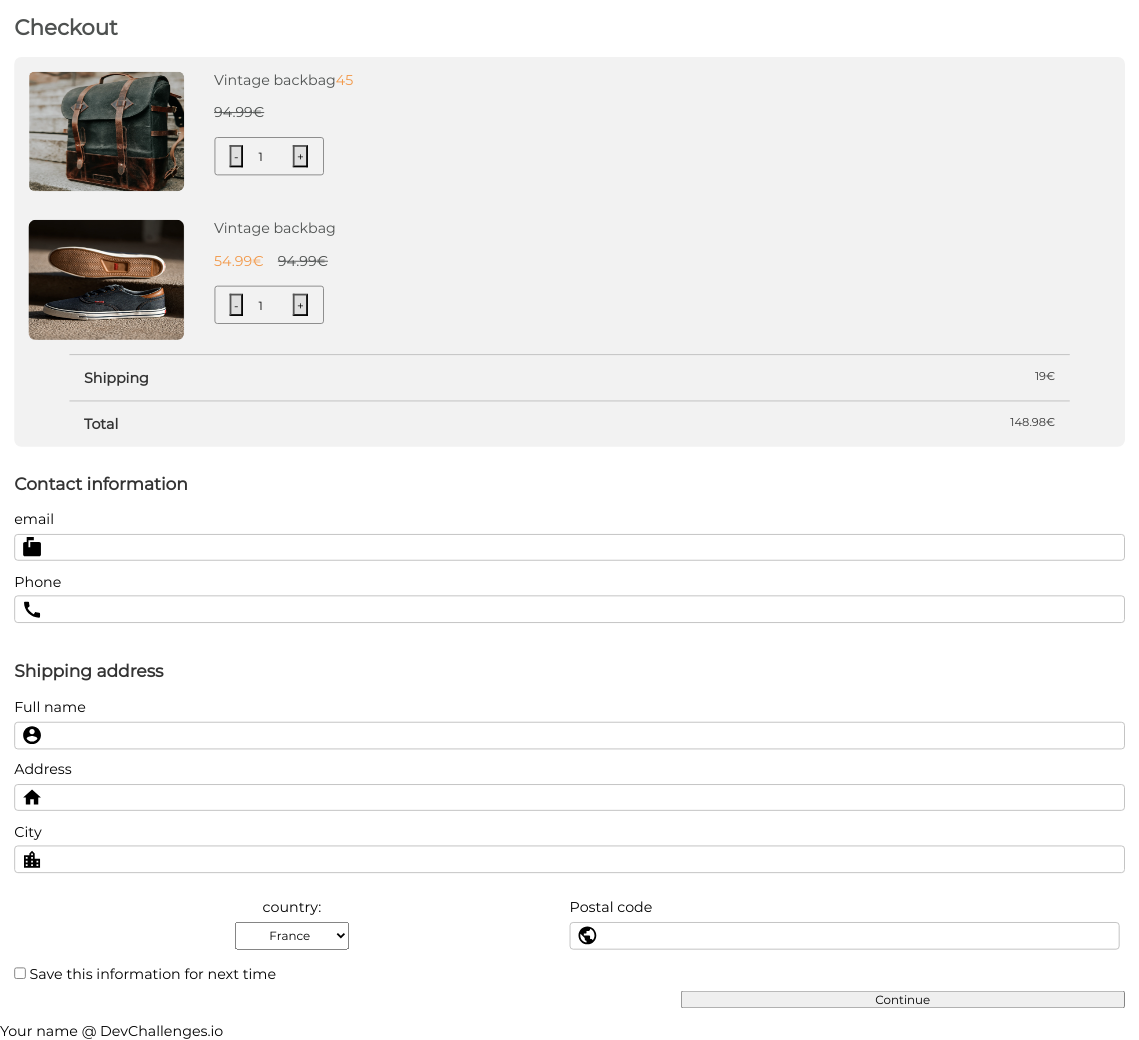
Repository: dubar-jeremy/checkout-page-master
Page: index.html
These files come from the project's save history. The page is drawn as it stood at one moment and after the next save; the edit follows.
The browser window is 1280 px wide. The pictures show the whole page, at 89% of full size.
The style sheet was rebuilt from its Sass, Less or Tailwind sources for each picture, by a compiler version that may differ from the author's.

Above is the page before, as saved 2021-01-31 01:29:41.

### index.html
<!doctype html>
<html lang="fr">
<head>
  <meta charset="UTF-8">
  <meta name="viewport"
        content="width=device-width, user-scalable=no, initial-scale=1.0, maximum-scale=1.0, minimum-scale=1.0">
  <meta http-equiv="X-UA-Compatible" content="ie=edge">
  <link rel="stylesheet" href="style/style.css">
  <link href="https://fonts.googleapis.com/icon?family=Material+Icons"
        rel="stylesheet">
  <title>Document</title>
  <script src="js/form.js" type="text/javascript"></script>
</head>
<body>

<main>
  <div class="grid-container">
    <h1>Checkout</h1>
    <form>
      <h2>Contact information</h2>
      <div>
      <label for="email">email</label>
      <input class="email" type="email" name="email" id="email">
      <span class="invalid valid" id="email">E-mail invalide</span>
      </div>

      <div>
      <label for="tel">Phone</label>
      <input class="tel" type="tel" name="tel" id="tel">
      <span class="invalid">Numéro inccorect</span>
      </div>

      <h2>Shipping address</h2>

      <div>
      <label for="name">Full name</label>
      <input class="name" type="text" name="name" id="name">
      <span class="invalid">Champ obligatoire</span>
      </div>

      <div>
      <label for="address">Address</label>
      <input class="address" type="text" name="address" id="address">
      <span class="invalid">Champ obligatoire</span>
      </div>

      <div>
      <label for="city">City</label>
      <input class="city" type="text" name="city" id="city">
      <span class="invalid">Champ obligatoire</span>
      </div>


      <div class="form-btn">
        <div class="select-country">
          <label for="country">country:</label>
          <select id="country">
            <option value="france">France</option>
            <option value="england">Angleterre</option>
            <option value="spain">Espagne</option>
          </select>
          <span class="invalid">Champ obligatoire</span>
        </div>
        <div class="input-postal-code">
          <label for="postalCode">Postal code</label>
          <input class="postal-code" type="text" name="postalCode" id="postalCode">
          <span class="invalid">Champ obligatoire</span>
        </div>
      </div>

      <div>
        <input type="checkbox">
        <label>Save this information for next time</label>
      </div>
      <button type="submit">Continue</button>
    </form>
    <div class="checkout-container">
      <div class="inner-block">
        <img src="img/photo1.png">
        <div class="details-article">
          <h2>Vintage backbag</h2>
          <span class="new-price">54.99€</span>
          <span class="old-price">94.99€</span>
          <div class="click">
            <button class="nbr-article minus">-</button>
            <input type="text" value="0" class="nbr-value">
            <button class="nbr-article plus">+</button>
          </div>
        </div>
        <img src="img/photo2.png">
        <div class="details-article">
          <h2>Vintage backbag</h2>
          <span class="new-price">54.99€</span>
          <span class="old-price">94.99€</span>
          <div class="click">
            <button class="nbr-article">-</button>
            <input type="text" value="1">
            <button class="nbr-article">+</button>
          </div>
        </div>
      </div>
      <div class="price-part">
        <p>Shipping</p>
        <p>19€</p>
      </div>
      <div class="price-part">
        <p>Total</p>
        <p>148.98€</p>
      </div>
      <div>
      </div>
    </div>
</main>
<footer>
  <p>Your name @ DevChallenges.io</p>
</footer>
<!--<span class="material-icons">email</span>
<span class="material-icons">call</span>
<span class="material-icons">account_circle</span>
<span class="material-icons">home</span>
<span class="material-icons">location_city</span>
<span class="material-icons">public</span>
<span class="material-icons">markunread_mailbox</span>-->
</body>
</html>

### js/form.js
window.onload = function (){

  const plus = document.querySelector(".plus").addEventListener("click", increase);
  const minus = document.querySelector(".minus").addEventListener("click", decrease);

  let i = 0;
  let initialPrice = 50;
  let newPrice = increase();
  function increase()
  {
    // price * 10 / 100 = 10% reduce
    i++
    let items = document.querySelector(".nbr-value").value = i;
    let qty = parseInt(items);
    let newPrice = initialPrice * qty;
    newPrice -= newPrice * 10 / 100;
    document.querySelector(".new-price").innerHTML = newPrice;

    return newPrice;
  }

  function decrease()
  {
    if(i >= 1)
    {
      i--
      let items = document.querySelector(".nbr-value").value = i;
      let qty = parseInt(items);
      let currentPrice = qty * newPrice;
      console.log(currentPrice);
    }
  }

}

### style/style.scss
/*
Colors, fonts & reset
*/

$main-title: #4e5150;
$sub-title: #333333;
$btn-price: #f2994a;

$form-title: #4f4f4f;
$form-placeholder: #828282;

$background-nbr-article: #e0e0e0;

$background-price: #f2f2f2;

@font-face {
  font-family: "Montserrat";
  src: url("/fonts/Montserrat/Montserrat-Regular.ttf") format("truetype");
}

* {
  margin: 0;
  padding: 0;
  box-sizing: border-box;
  font-family: "Montserrat", sans-serif;
}

/*
  Main area
*/

.grid-container {
  display: grid;
  grid-template-columns: 1fr;
  margin: 1em;

  h1 {
    grid-row: 1 / 2;
    color: $main-title;
    font-size: 1.5em;
    margin-bottom: 0.8em;
  }
}

form {
  display: flex;
  flex-direction: column;

  h2 {
    color: $sub-title;
    font-size: 1.2em;
    margin-top: 1.5em;
    margin-bottom: 1em;
  }

  input {
    width: 100%;
    margin-bottom: 1em;
    margin-top: 0.5em;
  }

  input[type="checkbox"] {
    width: inherit;
  }

  @mixin iconStyle {
    background-color: transparent;
    background-repeat: no-repeat;
    background-position: 0.5em center;
    padding-left: 2.5em;
    height: 2.3em;
    border: 0.09em solid #bdbdbd;
    border-radius: 0.3em;
  }

  .email {
    @include iconStyle;
    background-image: url("../icons/markunread_mailbox-24px.svg");
  }
  .tel {
    @include iconStyle;
    background-image: url("../icons/call-24px.svg");
  }
  .name {
    @include iconStyle;
    background-image: url("../icons/account_circle-24px.svg");
  }
  .address {
    @include iconStyle;
    background-image: url("../icons/home-24px.svg");
  }
  .city {
    @include iconStyle;
    background-image: url("../icons/location_city-24px.svg");
  }
  .postal-code {
    @include iconStyle;
    width: 99%;
    background-image: url("../icons/public-24px.svg");
  }

  .form-btn {
    width: 100%;
    display: flex;
    justify-content: space-between;
    margin-top: 1em;
    flex-wrap: wrap;
    align-items: center;

    .select-country {
      flex-basis: 50%;
      display: flex;
      flex-wrap: wrap;
      justify-content: center;

      label {
        width: 100%;
        text-align: center;
      }

      select {
        height: 2.3em;
        padding-left: 2.5em;
        margin-bottom: 1em;
        margin-top: 0.5em;
      }
    }

    .input-postal-code {
      flex-basis: 50%;
    }
  }

  button {
    width: 40%;
    align-self: end;
  }
}

.checkout-container {
  grid-row: 2 / 3;
  background: $background-price;
  border-radius: 0.5em;
}

.inner-block {
  display: grid;
  grid-template-columns: 1fr 1fr;
  grid-gap: 2em;
  max-width: 385px;
  max-height: 535px;
  margin: 1em;

  h2 {
    color: $main-title;
    display: inline;
    font-size: 1em;
    font-weight: normal;
  }

  img {
    width: 100%;
    max-width: 175px;
    max-height: 135px;
    border-radius: 0.5em;
  }

  .details-article {
    display: flex;
    flex-wrap: wrap;

    .new-price {
      color: $btn-price;
      margin-right: 1em;
    }

    .old-price {
      color: $main-title;
      text-decoration: line-through;
    }

    .click {
      display: flex;
      justify-content: space-around;
      width: 70%;
      height: min-content;
      background: transparent;
      border: 0.1em solid $form-placeholder;
      border-radius: 0.2em;
      padding: 0.5em;

      input {
        background: transparent;
        width: 20%;
        border: none;
      }

      .nbr-article {
        background: $background-nbr-article;
        padding: 0.2em;
      }
    }
  }
}

.price-part {
  display: flex;
  justify-content: space-between;
  width: 90%;
  margin: 0 auto;
  padding: 1em;
  border-top: 1px solid #bdbdbd;
  color: #333333;

  p:nth-child(1) {
    color: $sub-title;
    font-weight: bold;
  }

  p:nth-child(2) {
    font-size: 0.8em;
  }
}

.invalid {
  display: none;
  color: red;
}

.valid {
  color: green;
}

After the next save:
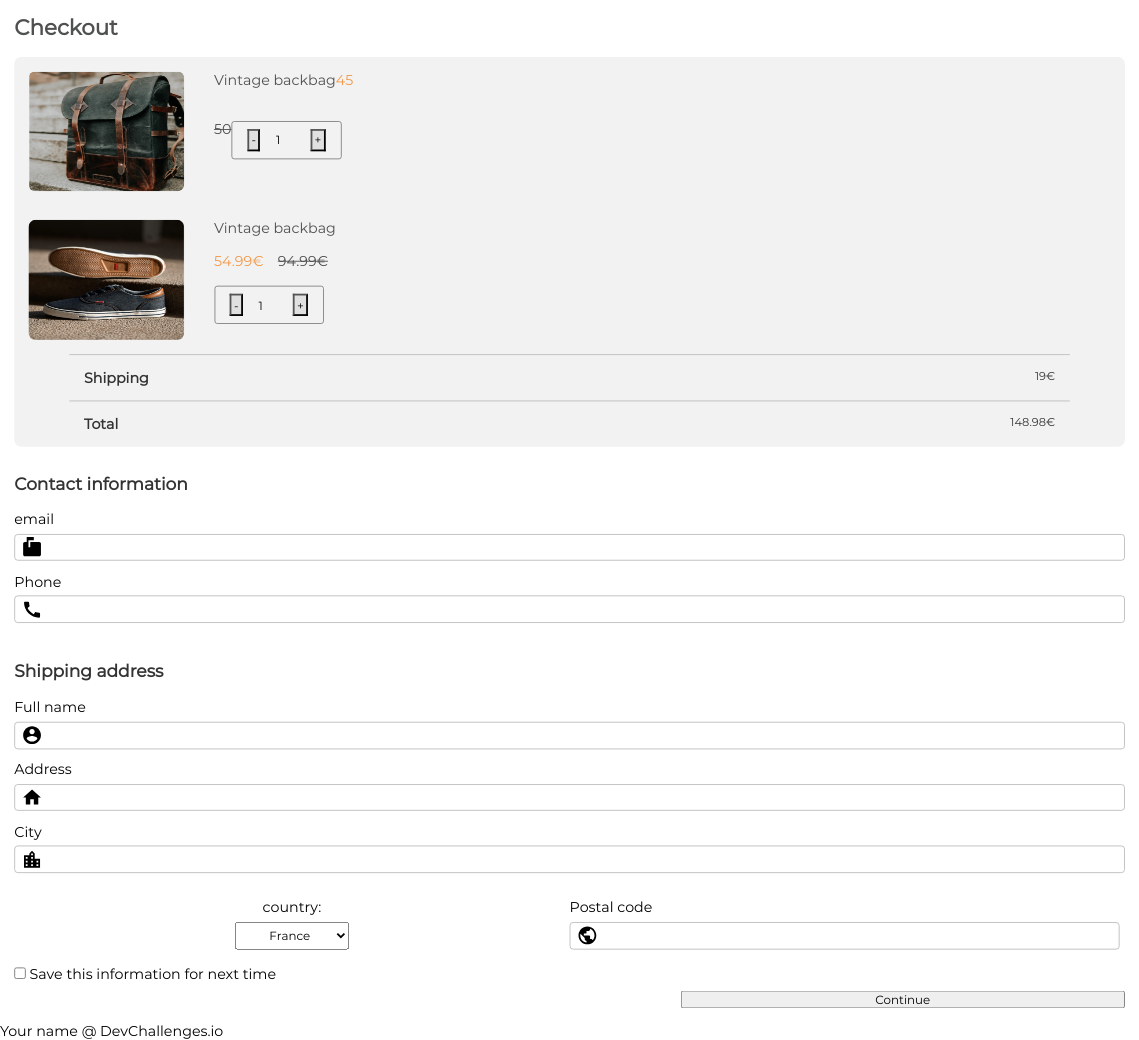
Saved 58 s later.
--- a/js/form.js
+++ b/js/form.js
@@ -13,6 +13,7 @@ window.onload = function (){
     let items = document.querySelector(".nbr-value").value = i;
     let qty = parseInt(items);
     let newPrice = initialPrice * qty;
+    document.querySelector(".old-price").innerHTML = newPrice;
     newPrice -= newPrice * 10 / 100;
     document.querySelector(".new-price").innerHTML = newPrice;
 
